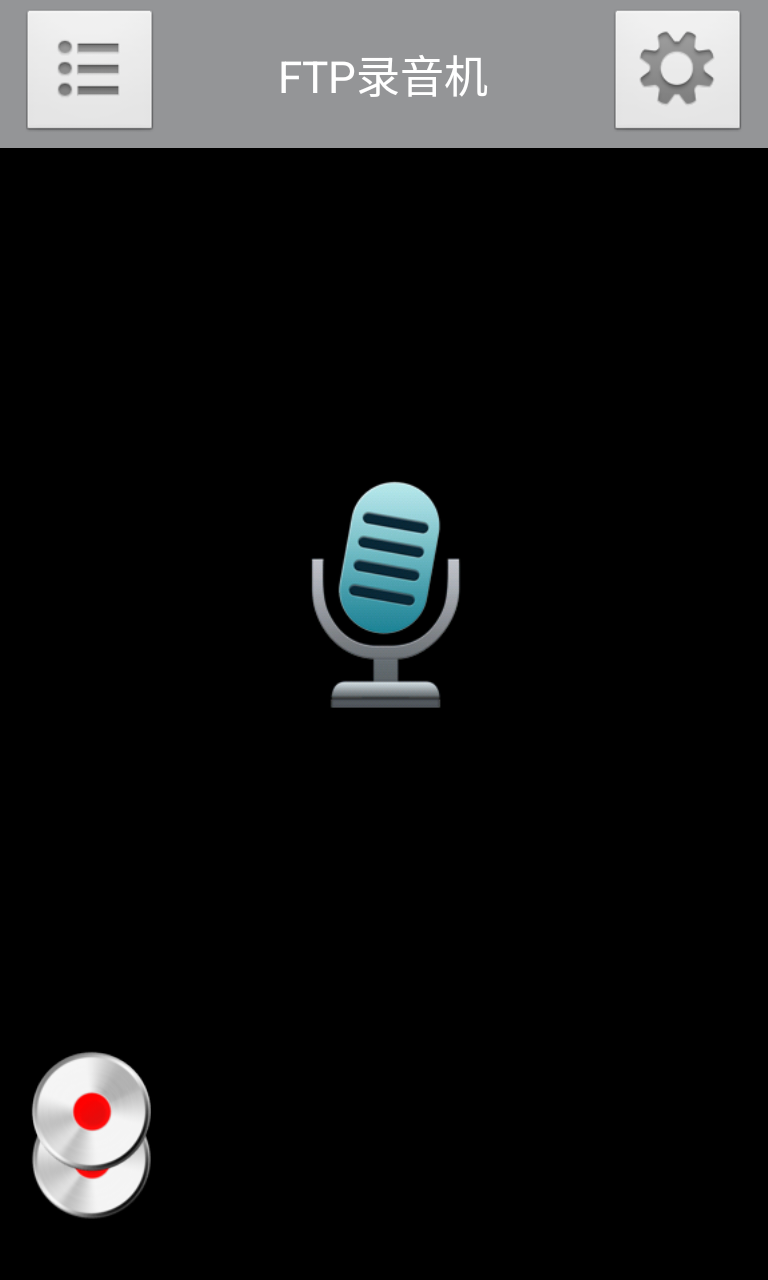
Repository: stone-jin/WAVRecoder
Layout: WAVRecoder2/res/layout/main.xml
These files come from the project's save history. The layout is drawn as it stood at one moment and after the next save; the edit follows.
It is drawn on a 768 x 1280 px phone screen (xhdpi) without system bars, with theme Anim_style2; the app's code is not run.

Above is the layout before, as saved 2014-05-06 19:06:45.

### WAVRecoder2/res/layout/main.xml
<?xml version="1.0" encoding="utf-8"?>
<LinearLayout xmlns:android="http://schemas.android.com/apk/res/android"
    android:layout_width="match_parent"
    android:layout_height="match_parent"
    android:orientation="vertical" >

    <include layout="@layout/main_title"/>

    <RelativeLayout
        android:layout_width="fill_parent"
        android:layout_height="fill_parent"
        android:layout_weight="1"
        android:gravity="center"
        >

	    <ImageView
	        android:layout_width="wrap_content"
	        android:layout_height="wrap_content"
	        android:background="@drawable/icon"
	        />

    </RelativeLayout>

    <RelativeLayout
        android:layout_width="fill_parent"
        android:layout_height="120dp"
        >

        <Button
            android:layout_width="wrap_content"
            android:layout_height="wrap_content"
            android:background="@drawable/btn_rekam_normal"
            android:layout_marginLeft="10dp"
            android:layout_alignParentLeft="true"
            android:layout_centerVertical="true"
            />

        <Button
            android:layout_width="wrap_content"
            android:layout_height="wrap_content"
            android:background="@drawable/btn_rekam_normal"
            android:layout_marginLeft="10dp"
            android:layout_gravity="center_vertical"
            />

        <Button
            android:layout_width="wrap_content"
            android:layout_height="wrap_content"
            android:background="@drawable/btn_rekam_normal"
            android:layout_marginLeft="10dp"
            android:layout_gravity="center_vertical"
            />

    </RelativeLayout>


</LinearLayout>

### WAVRecoder2/res/values/styles.xml
<resources>

    <!--
        Base application theme, dependent on API level. This theme is replaced
        by AppBaseTheme from res/values-vXX/styles.xml on newer devices.
    -->
    <style name="AppBaseTheme" parent="android:Theme.Light">
        <!--
            Theme customizations available in newer API levels can go in
            res/values-vXX/styles.xml, while customizations related to
            backward-compatibility can go here.
        -->
    </style>

    <!-- Application theme. -->
    <style name="AppTheme" parent="AppBaseTheme">
        <!-- All customizations that are NOT specific to a particular API-level can go here. -->
    </style>

    <!-- ####################以上内容全部来自搬运 ############################################ -->

    <style name="AnimFade" parent="@android:style/Animation.Activity">
    	<item name="android:activityOpenEnterAnimation">@anim/fade_in</item>
    	<item name="android:activityOpenExitAnimation">@anim/hold</item>
    	<item name="android:activityCloseEnterAnimation">@anim/fade_in</item>
    	<item name="android:activityCloseExitAnimation">@anim/fade_out</item>
	</style>
	<style name="AnimBottom" parent="@android:style/Animation">
    	<item name="android:windowEnterAnimation">@anim/push_bottom_in</item>
        <item name="android:windowExitAnimation">@anim/push_bottom_out</item>
	</style>
	<style name="AnimTop" parent="@android:style/Animation">
    	<item name="android:windowEnterAnimation">@anim/push_top_in</item>
        <item name="android:windowExitAnimation">@anim/push_top_out</item>
	</style>
	<style name="AnimTop2" parent="@android:style/Animation">
    	<item name="android:windowEnterAnimation">@anim/push_top_in2</item>
        <item name="android:windowExitAnimation">@anim/push_top_out2</item>
	</style>
	<style name="AnimHead" parent="@android:style/Animation">
    	<item name="android:windowEnterAnimation">@anim/head_in</item>
        <item name="android:windowExitAnimation">@anim/head_out</item>
	</style>

   	<style name="Anim_style" parent="android:Theme.NoTitleBar.Fullscreen">
        <item name="android:windowAnimationStyle">@style/AnimFade</item>
	</style>

	<style name="Anim_style2" parent="android:Theme.NoTitleBar">  <!-- 表示没有titlebar这个框 -->
        <item name="android:windowAnimationStyle">@style/AnimFade</item>     <!-- 定义其中打开或者保持或者关闭的时候的效果 -->
	</style>

	<style name="Anim_style_title" parent="android:Theme">
        <item name="android:windowAnimationStyle">@style/AnimFade</item>
        <item name="android:windowTitleSize">50dp</item>
        <item name="android:windowTitleBackgroundStyle">@style/CustomWindowTitleBackground</item>
	</style>

	<style name="CustomWindowTitleBackground">
       <item name="android:background">@drawable/title_bar</item>
	</style>

	<style name="MyDialogStyle">
        <item name="android:windowBackground">@android:color/transparent</item>
        <item name="android:windowFrame">@null</item>
        <item name="android:windowNoTitle">true</item>
        <item name="android:windowIsFloating">true</item>
        <item name="android:windowIsTranslucent">true</item>
        <item name="android:windowContentOverlay">@null</item>
        <item name="android:windowAnimationStyle">@android:style/Animation.Dialog</item>
        <item name="android:backgroundDimEnabled">true</item>
    </style>

    <style name="MyDialogStyleBottom" parent="android:Theme.Dialog" >
        <item name="android:windowAnimationStyle">@style/AnimBottom</item>
        <item name="android:windowFrame">@null</item><!--边框-->
        <item name="android:windowIsFloating">true</item><!--是否浮现在activity之上-->
        <item name="android:windowIsTranslucent">true</item><!--半透明-->
        <item name="android:windowNoTitle">true</item><!--无标题-->
        <item name="android:windowBackground">@android:color/transparent</item><!--背景透明-->
        <item name="android:backgroundDimEnabled">true</item><!--模糊-->
     </style>

     <style name="MyDialogStyleTop" parent="android:Theme.Dialog" >
        <item name="android:windowAnimationStyle">@style/AnimTop2</item>
        <item name="android:windowFrame">@null</item><!--边框-->
        <item name="android:windowIsFloating">true</item><!--是否浮现在activity之上-->
        <item name="android:windowIsTranslucent">true</item><!--半透明-->
        <item name="android:windowNoTitle">true</item><!--无标题-->
        <item name="android:windowBackground">@android:color/transparent</item><!--背景透明-->
        <item name="android:backgroundDimEnabled">false</item><!--模糊-->
     </style>

    <style name="HeadScale" parent="android:Theme.Dialog" >
        <item name="android:windowAnimationStyle">@style/AnimHead</item>
        <item name="android:windowFrame">@null</item><!--边框-->
        <item name="android:windowIsFloating">true</item><!--是否浮现在activity之上-->
        <item name="android:windowIsTranslucent">true</item><!--半透明-->
        <item name="android:windowNoTitle">true</item><!--无标题-->
        <item name="android:windowBackground">@android:color/black</item>
        <item name="android:backgroundDimEnabled">false</item><!--模糊-->
     </style>

    <style name="MyProgressBar" parent="android:Widget.ProgressBar">
        <item name="android:indeterminateDrawable">@drawable/loading</item>
	</style>

</resources>

### WAVRecoder2/res/layout/main_title.xml
<?xml version="1.0" encoding="utf-8"?>
<RelativeLayout xmlns:android="http://schemas.android.com/apk/res/android"
    android:layout_width="fill_parent"
    android:layout_height="wrap_content"
    android:background="#949597"
    android:paddingTop="4dp"
    android:paddingBottom="4dp"
    >

    <ImageButton
        android:layout_width="wrap_content"
        android:layout_height="wrap_content"
        android:src="@drawable/ic_menu_list"
        android:layout_alignParentLeft="true"
        android:layout_centerVertical="true"
        android:layout_marginLeft="10dp"
        />

    <TextView
        android:layout_width="wrap_content"
        android:layout_height="wrap_content"
        android:text="FTP录音机"
        android:textColor="#ffffff"
        android:textSize="22sp"
        android:layout_centerInParent="true"
        />

    <ImageButton
        android:layout_width="wrap_content"
        android:layout_height="wrap_content"
        android:src="@drawable/ic_menu_pengaturan"
        android:layout_alignParentRight="true"
        android:layout_centerVertical="true"
        android:layout_marginRight="10dp"
        />


</RelativeLayout>

After the next save:
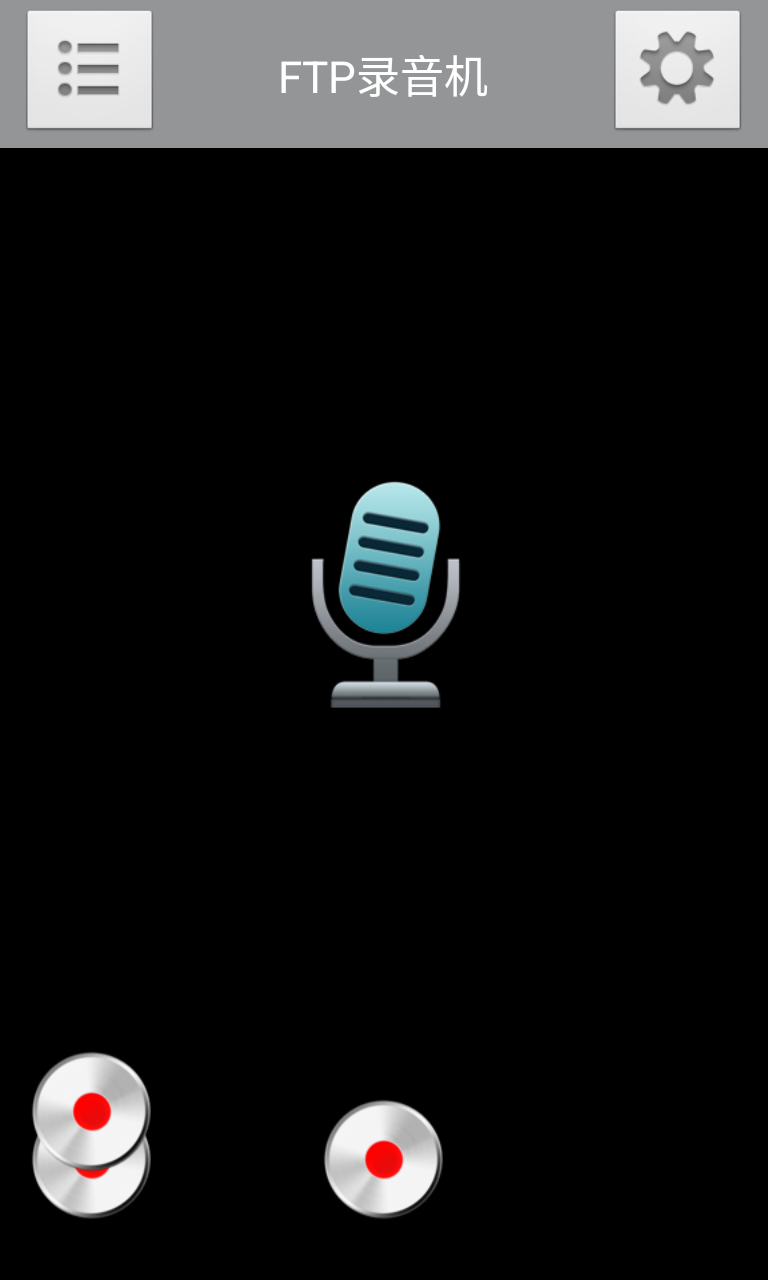
Saved 9 s later.
--- a/WAVRecoder2/res/layout/main.xml
+++ b/WAVRecoder2/res/layout/main.xml
@@ -40,7 +40,7 @@
             android:layout_height="wrap_content"
             android:background="@drawable/btn_rekam_normal"
             android:layout_marginLeft="10dp"
-            android:layout_gravity="center_vertical"
+            android:layout_centerInParent="true"
             />
 
         <Button
